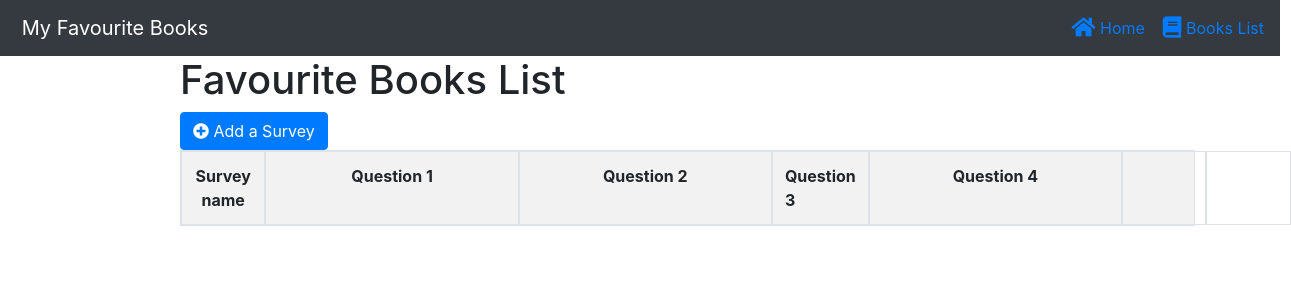
Repository: lord-NAVY/titans
Page: http://localhost/book-list
The author's editor kept a copy of each file at every save. The page is drawn from the files as they stood at one save, then again after the next save.
The browser window is 1280 px wide. The page is 1291 px wide, then 1280 px, so the pictures cover 1291 px, including what lies to the right of the window. The pictures show the whole page.
The page is served by the project's Node server (server.js). Other server files are loaded and not shown. Queries for data that is not in the repository find no rows.

Above is the page before, as saved 2021-11-09 20:55:43.

### server/views/book/index.ejs
<%- include ../partials/header.ejs %>

<%- include ../partials/main_nav.ejs %>


  <!-- Main Content -->
  <main class="container">
    <div class="row">
        <div class="offset-md-1 col-md-11">
            <h1>Favourite Books List</h1>

            <!-- FIX THE ADD BUTTON BELOW -->
            <a href="/book-list/add" class="btn btn-primary" role="button">
            <i class="fas fa-plus-circle"></i> Add a Survey</a>
            <br>
            <table class="table table-bordered table-striped table-hover">
                <!-- Header Row-->
                <tr class="d-flex">
                    <th class="text-center col-1">Survey name</th>
                    <th class="text-center col-3">Question 1</th>
                    <th class="text-center col-3">Question 2</th>
                    <th class="col-5.5">Question 3</th>
                    <th class="text-center col-3">Question 4</th>
                    <th class="text-center col-1"></th>
                    <th class="text-center col-1"></th>
                </tr>

                <!-- Repeatable Template Row -->

                <% for(let count = 0; count < BookList.length; count++) { %>
                    <tr class="d-flex">
                        <td class="text-center col-2"><%= BookList[count].Title%></td>
                        <td class="text-center col-4"><%= BookList[count].Description %></td>
                        <td class="text-center col-1"><%= BookList[count].Price%></td>
                        <td class="col-2"><%= BookList[count].Author %></td>
                        <td class="text-center col-1"><%= BookList[count].Genre %></td>
                        <td class="text-center col-1">

                    <!-- ADD the EDIT BUTTON HERE -->


                            <a href="/book-list/edit/<%= BookList[count]._id %>" class="btn btn-primary btn-sm">
                            <i class="fas fa-pencil-alt"></i> Edit</a>
                        </td>
                        <td class="text-center col-1">

                         <!-- ADD the DELETE BUTTON HERE -->
                            <a href="/book-list/delete/<%= BookList[count]._id %>" class="btn btn-danger btn-sm">
                            <i class="fas fa-trash-alt"></i> Delete</a>
                        </td>
                    </tr>
                <% } %>
            </table>
        </div>
    </div>
  </main>

### server/views/partials/main_nav.ejs
<!-- Main Navigation -->
  <nav class="navbar navbar-expand-lg navbar-dark bg-dark">
      <a class="navbar-brand" href="/"><i class="fa fa-bookmark-o"></i> My Favourite Books</a>
    <button class="navbar-toggler" type="button" data-toggle="collapse" data-target="#navbarSupportedContent" aria-controls="navbarSupportedContent" aria-expanded="false" aria-label="Toggle navigation">
      <span class="navbar-toggler-icon"></span>
    </button>

    <div class="collapse navbar-collapse" id="navbarSupportedContent">
      <ul class="navbar-nav ml-auto">

           <% if(title == "Home") { %>
          <li class="active"><a href="/"><i class="fa fa-home fa-lg"></i> Home   &nbsp; &nbsp; </a></li>
        <% } else { %>
          <li><a href="/"><i class="fa fa-home fa-lg"></i> Home &nbsp; &nbsp;   </a></li>
        <% } %>

          <% if(title == "books") { %>
          <li class="active"><a href="/books"><i class="fa fa-book fa-lg">
          </i>    Books List</a></li>
          <% } else { %>
            <li><a href="/book-list"><i class="fa fa-book fa-lg">
            </i>   Books List</a></li>
          <% } %>
</ul>
    </div>
  </nav>

### server.js
#!/usr/bin/env node

/* server.js
Students's name: Arshpreet Singh
StudentID: 301174738
Date: 31 October, 2021
*/

/**
 * Module dependencies.
 */

var app = require('./server/config/app');
var debug = require('debug')('week-4:server');
var http = require('http');

/**
 * Get port from environment and store in Express.
 */

var port = normalizePort(process.env.PORT || '3000');
app.set('port', port);

/**
 * Create HTTP server.
 */

var server = http.createServer(app);

/**
 * Listen on provided port, on all network interfaces.
 */

server.listen(port);
server.on('error', onError);
server.on('listening', onListening);

/**
 * Normalize a port into a number, string, or false.
 */

function normalizePort(val) {
  var port = parseInt(val, 10);

  if (isNaN(port)) {
    // named pipe
    return val;
  }

  if (port >= 0) {
    // port number
    return port;
  }

  return false;
}

/**
 * Event listener for HTTP server "error" event.
 */

function onError(error) {
  if (error.syscall !== 'listen') {
    throw error;
  }

  var bind = typeof port === 'string'
    ? 'Pipe ' + port
    : 'Port ' + port;

  // handle specific listen errors with friendly messages
  switch (error.code) {
    case 'EACCES':
      console.error(bind + ' requires elevated privileges');
      process.exit(1);
      break;
    case 'EADDRINUSE':
      console.error(bind + ' is already in use');
      process.exit(1);
      break;
    default:
      throw error;
  }
}

/**
 * Event listener for HTTP server "listening" event.
 */

function onListening() {
  var addr = server.address();
  var bind = typeof addr === 'string'
    ? 'pipe ' + addr
    : 'port ' + addr.port;
  debug('Listening on ' + bind);
}

### server/controllers/book.js
/* book.js
Students's name: Arshpreet Singh
StudentID: 301174738
Date: 31 October, 2021
Web app name: COMP229-F2021-MidTerm-301174738
*/

let express = require('express');
let router = express.Router();
let mongoose = require('mongoose');

// create a reference to the model
let Book = require('../models/book');

module.exports.displayBookList = (req, res, next) => {
    Book.find((err, bookList) => {
        if(err)
        {
            return console.error(err);
        }
        else
        {
            //console.log(BookList);

            res.render('book/index', {title: 'Books', BookList: bookList});
        }
    });
}

module.exports.displayAddPage = (req, res, next) => {
    res.render('book/details', {title: 'Add Book'})
}

module.exports.processAddPage = (req, res, next) => {
    let newBook = Book({
        "Title": req.body.Title,
        "Author": req.body.Author,
        "Genre": req.body.Genre,
        "Description": req.body.Description,
        "Price": req.body.Price
    });

    Book.create(newBook, (err, Book) =>{
        if(err)
        {
            console.log(err);
            res.end(err);
        }
        else
        {
            // refresh the book list
            res.redirect('/book-list');
        }
    });

}

module.exports.displayEditPage = (req, res, next) => {
    let id = req.params.id;

    Book.findById(id, (err, bookToEdit) => {
        if(err)
        {
            console.log(err);
            res.end(err);
        }
        else
        {
            //show the edit view
            res.render('book/edit', {title: 'Edit Book', book: bookToEdit})
        }
    });
}

module.exports.processEditPage = (req, res, next) => {
    let id = req.params.id

    let updatedBook = Book({
        "_id": id,
        "Title": req.body.Title,
        "Author": req.body.Author,
        "Genre": req.body.Genre,
        "Description": req.body.Description,
        "Price": req.body.Price
    });

    Book.updateOne({_id: id}, updatedBook, (err) => {
        if(err)
        {
            console.log(err);
            res.end(err);
        }
        else
        {
            // refresh the book list
            res.redirect('/book-list');
        }
    });
}

module.exports.performDelete = (req, res, next) => {
    let id = req.params.id;

    Book.remove({_id: id}, (err) => {
        if(err)
        {
            console.log(err);
            res.end(err);
        }
        else
        {
             // refresh the book list
             res.redirect('/book-list');
        }
    });
}

### public/Content/app.css
/* app.css
Students's name: Arshpreet Singh
StudentID: 301174738
Date: 31 October, 2021
Web app name: COMP229-F2021-MidTerm-301174738
*/

/* custom css goes here */

Loaded but not shown: server/views/partials/header.ejs (common file)

After the next save:
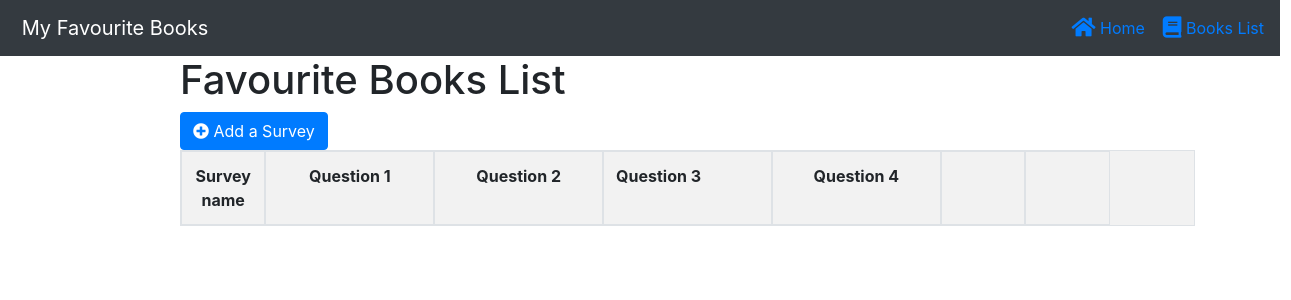
Saved 18 s later.
--- a/server/views/book/index.ejs
+++ b/server/views/book/index.ejs
@@ -17,10 +17,10 @@
                 <!-- Header Row-->
                 <tr class="d-flex">
                     <th class="text-center col-1">Survey name</th>
-                    <th class="text-center col-3">Question 1</th>
-                    <th class="text-center col-3">Question 2</th>
-                    <th class="col-5.5">Question 3</th>
-                    <th class="text-center col-3">Question 4</th>
+                    <th class="text-center col-2">Question 1</th>
+                    <th class="text-center col-2">Question 2</th>
+                    <th class="col-2">Question 3</th>
+                    <th class="text-center col-2">Question 4</th>
                     <th class="text-center col-1"></th>
                     <th class="text-center col-1"></th>
                 </tr>
